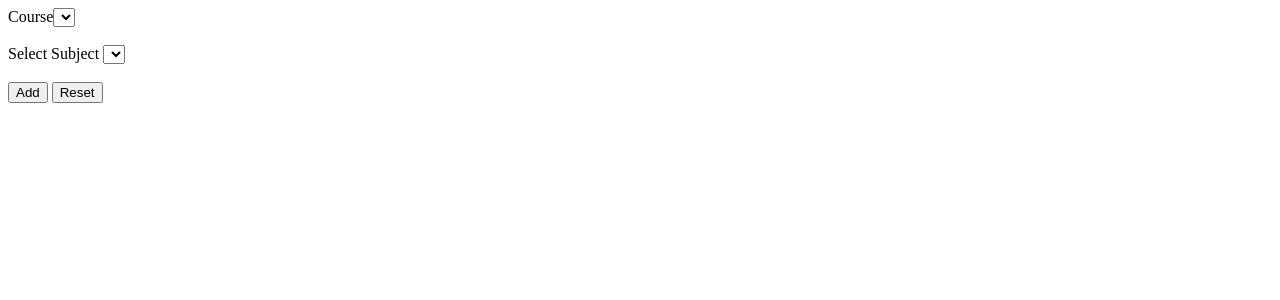
Repository: shubhamsingh331/Learners_Academy
Page: http://localhost/LearnersAcademy/Department/Edit.jsp
The author's editor kept a copy of each file at every save. The page is drawn from the files as they stood at one save, then again after the next save.
The browser window is 1280 px wide. The pictures show the whole page.
The page is served by Tomcat 9. Queries for data that is not in the repository find no rows.

Above is the page before, as saved 2023-10-10 19:10:46.

After the next save:
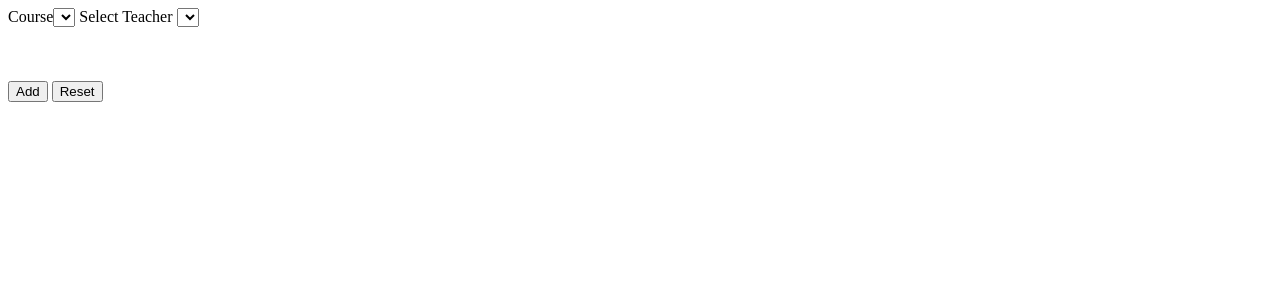
Saved 98 s later.
--- a/LearnersAcademy/src/main/webapp/Department/Edit.jsp
+++ b/LearnersAcademy/src/main/webapp/Department/Edit.jsp
@@ -35,6 +35,17 @@ String dbPassword = "123456";
 <%} %>
 <br>
 <br>
+
+Select Subject <select name="subject">
+<%
+SubjectsDAO dao1 = new SubjectsDAO();
+List<SubjectsPojo> list1 = dao1.option();
+
+for(SubjectsPojo s:list1){
+%>
+<option value="<%=s.getSubid()%>"><%=s.getSubname() %></option>
+<%} %>
+</select>
 Select Teacher <select name="teacher">
 <%
 TeachersDAO dao = new TeachersDAO();
@@ -46,18 +57,9 @@ for(TeachersPojo t:list){
 <%} %>
 </select>
 <br>
+<br><br>
 <br>
-Select Subject <select name="subject">
-<%
-SubjectsDAO dao1 = new SubjectsDAO();
-List<SubjectsPojo> list1 = dao1.option();
 
-for(SubjectsPojo s:list1){
-%>
-<option value="<%=s.getSubid()%>"><%=s.getSubname() %></option>
-<%} %>
-</select><br>
-<br>
 <input type="submit" value="Add">
 <input type="reset" value="Reset">
 </select>
